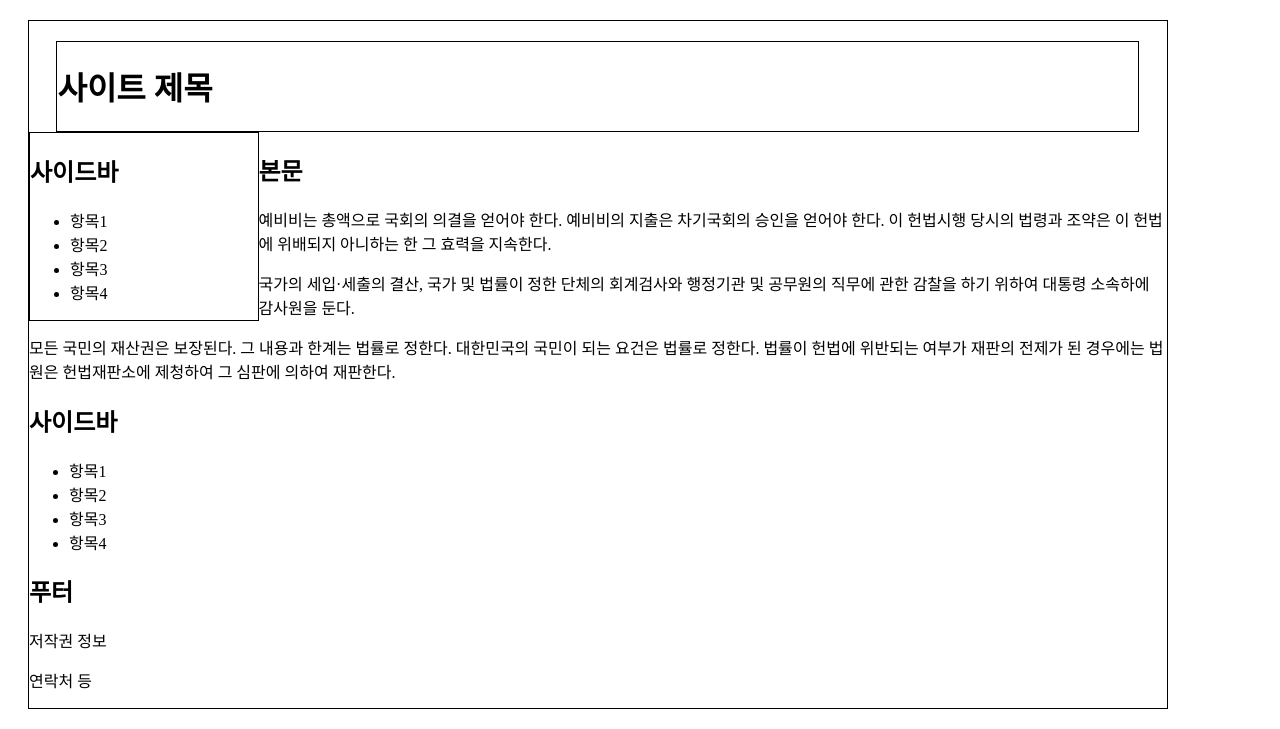
Repository: RyuJelly/java_web
Page: CSS/WebContent/3-layout.html
These files come from the project's save history. The page is drawn as it stood at one moment and after the next save; the edit follows.
The browser window is 1280 px wide. The pictures show the whole page.

Above is the page before, as saved 2021-03-08 07:09:53.

### CSS/WebContent/3-layout.html
<!doctype html>
<html lang="ko">
	<head>
		<title>CSS 레이아웃 - 2단 레이아웃</title>
		<meta charset="utf-8">
		<style>
			#container{
				width: 90%;
				height: 70%;
				border: 1px solid;
				margin: 20px;
			}
			#header{
				width: 95%;
				height: 25%;
				border: 1px solid;
				margin: auto;
				margin-top: 20px;
			}
			#left-sidebar{
				width: 20%;
				height: 30%;
				border: 1px solid;
				float: left;
				margin: auto;
			}
		</style>
	</head>
	<body>
		<div id="container">
			<div id="header">
				<h1>사이트 제목</h1>
			</div>
			<div id="left-sidebar">
				<h2>사이드바</h2>
				<ul>
					<li>항목1</li>
					<li>항목2</li>
					<li>항목3</li>
					<li>항목4</li>
				</ul>
			</div>
			<div id="contents">
				<h2>본문</h2>
				<p>예비비는 총액으로 국회의 의결을 얻어야 한다. 예비비의 지출은 차기국회의 승인을 얻어야 한다. 이 헌법시행 당시의 법령과 조약은 이 헌법에 위배되지 아니하는 한 그 효력을 지속한다.</p>

				<p>국가의 세입·세출의 결산, 국가 및 법률이 정한 단체의 회계검사와 행정기관 및 공무원의 직무에 관한 감찰을 하기 위하여 대통령 소속하에 감사원을 둔다.</p>

				<p>모든 국민의 재산권은 보장된다. 그 내용과 한계는 법률로 정한다. 대한민국의 국민이 되는 요건은 법률로 정한다. 법률이 헌법에 위반되는 여부가 재판의 전제가 된 경우에는 법원은 헌법재판소에 제청하여 그 심판에 의하여 재판한다.</p>
			</div>
			<div id="right-sidebar">
				<h2>사이드바</h2>
				<ul>
					<li>항목1</li>
					<li>항목2</li>
					<li>항목3</li>
					<li>항목4</li>
				</ul>
			</div>
			<div id="footer">
				<h2>푸터</h2>
				<p> 저작권 정보 </p>
				<p> 연락처 등 </p>
			</div>
		</div>
	</body>
</html>

After the next save:
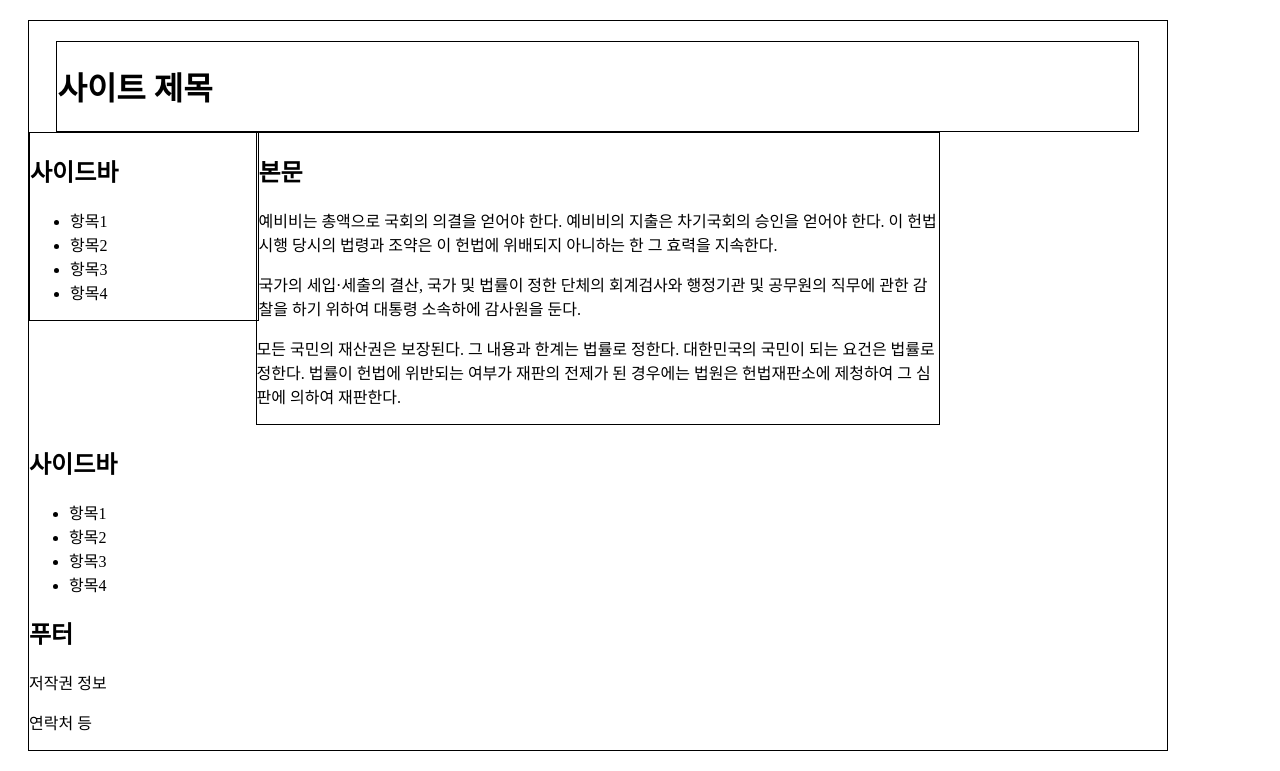
Saved 66 s later.
--- a/CSS/WebContent/3-layout.html
+++ b/CSS/WebContent/3-layout.html
@@ -10,6 +10,7 @@
 				border: 1px solid;
 				margin: 20px;
 			}
+
 			#header{
 				width: 95%;
 				height: 25%;
@@ -17,6 +18,7 @@
 				margin: auto;
 				margin-top: 20px;
 			}
+
 			#left-sidebar{
 				width: 20%;
 				height: 30%;
@@ -24,6 +26,14 @@
 				float: left;
 				margin: auto;
 			}
+
+			#contents{
+				width: 60%;
+				height: 50%;
+				border: 1px solid;
+				margin: auto;
+			}
+
 		</style>
 	</head>
 	<body>
